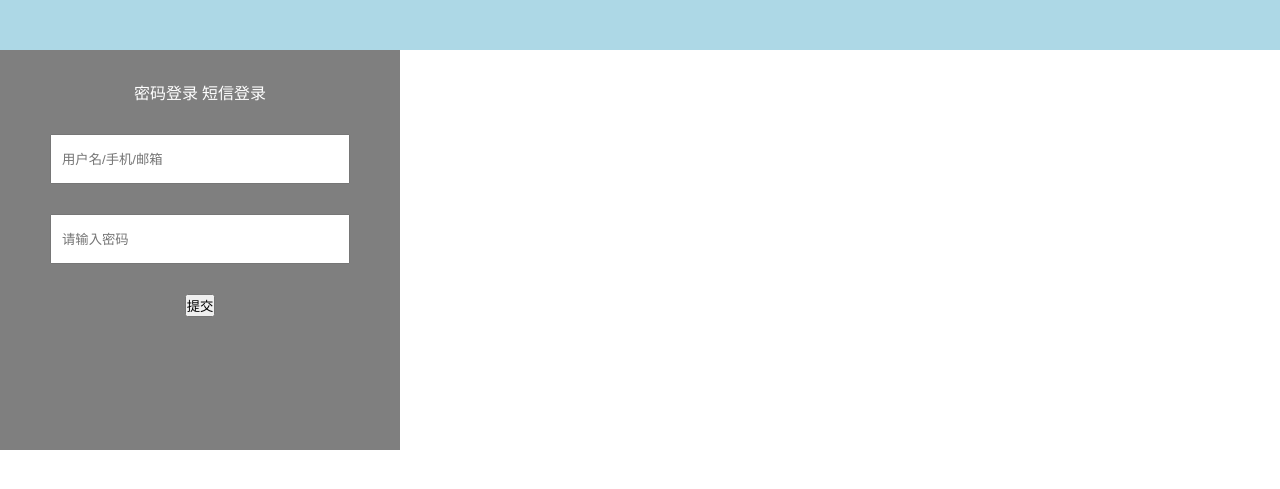
Repository: wxamlzm/campus0714
Page: views/login.html
These files come from the project's save history. The page is drawn as it stood at one moment and after the next save; the edit follows.
The browser window is 1280 px wide. The pictures show the whole page.

Above is the page before, as saved 2021-07-14 23:02:24.

After the next save:
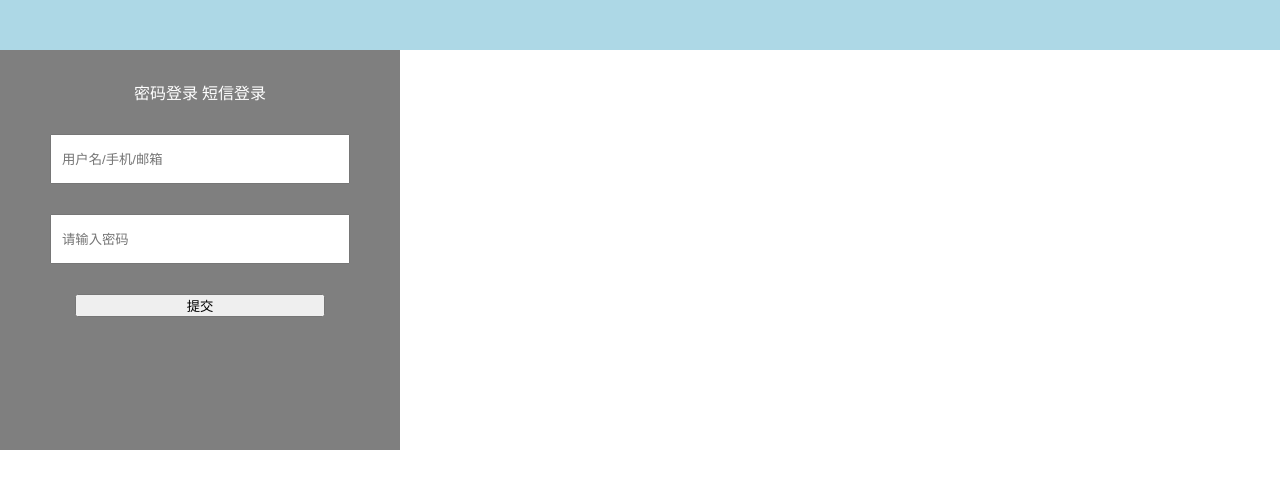
Saved 4 s later.
--- a/views/css/common.css
+++ b/views/css/common.css
@@ -34,5 +34,5 @@ header {
   margin-bottom: 30px;
 }
 .login-box button {
-
+  width: 250px;
 }
